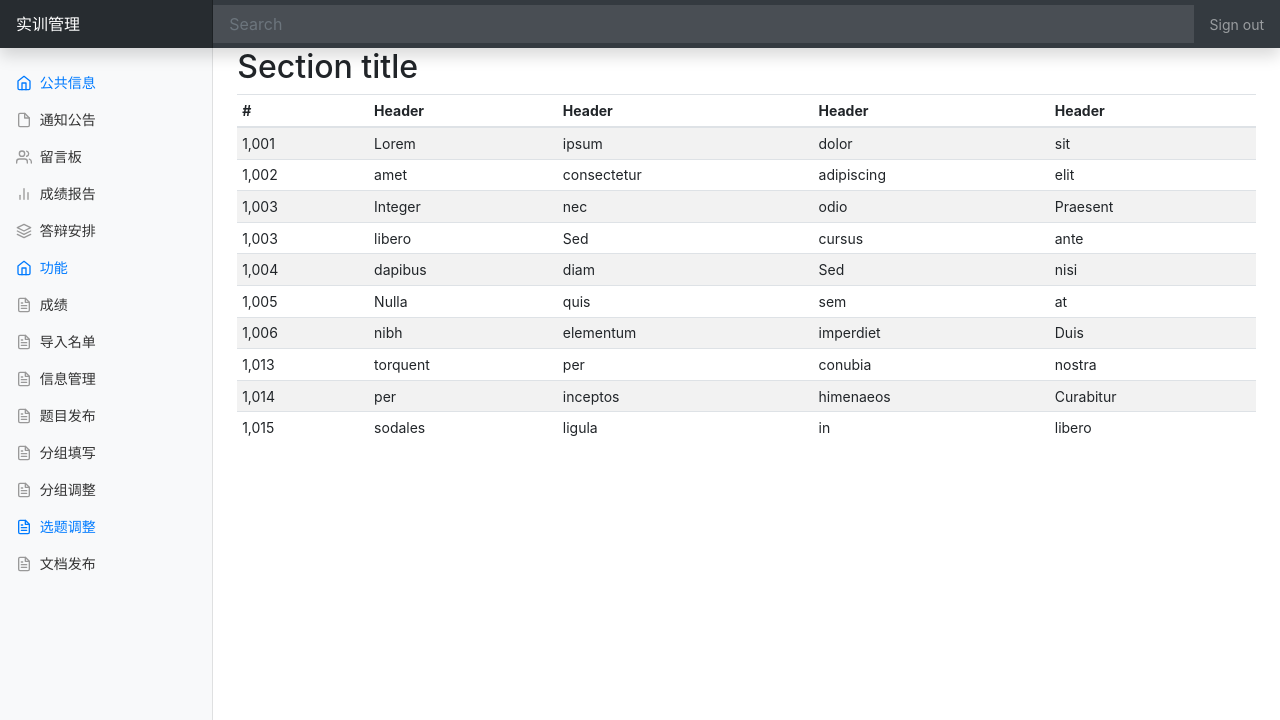
Repository: Kong-T/Practical-training
Page: Administrator/html/index_topic_admin.html
These files come from the project's save history. The page is drawn as it stood at one moment and after the next save; the edit follows.
The browser window is 1280 px wide. The pictures show the whole page.
The page's requests for data from a server got no answer. Some web libraries are served in a nearby version.

Above is the page before, as saved 2020-12-14 11:04:50.
Console error: TypeError: Cannot read properties of null (reading 'length')

### Administrator/html/index_topic_admin.html
<!doctype html>
<html lang="en">

<head>
  <meta charset="utf-8">
  <meta name="viewport" content="width=device-width, initial-scale=1, shrink-to-fit=no">
  <meta name="description" content="">
  <meta name="author" content="Mark Otto, Jacob Thornton, and Bootstrap contributors">
  <meta name="generator" content="Jekyll v4.0.1">
  <title>Dashboard Template · Bootstrap</title>

  <link rel="canonical" href="https://getbootstrap.com/docs/4.5/examples/dashboard/">

  <!-- Bootstrap core CSS -->
  <link href="../../assets4.5/dist/css/bootstrap.css" rel="stylesheet">

  <style>
    .bd-placeholder-img {
      font-size: 1.125rem;
      text-anchor: middle;
      -webkit-user-select: none;
      -moz-user-select: none;
      -ms-user-select: none;
      user-select: none;
    }

    @media (min-width: 768px) {
      .bd-placeholder-img-lg {
        font-size: 3.5rem;
      }
    }
  </style>

  <!-- Custom styles for this template -->
  <link href="../css/dashboard.css" rel="stylesheet">
</head>

<body>
  <nav class="navbar navbar-dark sticky-top bg-dark flex-md-nowrap p-0 shadow">
    <a class="navbar-brand col-md-3 col-lg-2 mr-0 px-3" href="#">实训管理</a>
    <button class="navbar-toggler position-absolute d-md-none collapsed" type="button" data-toggle="collapse"
      data-target="#sidebarMenu" aria-controls="sidebarMenu" aria-expanded="false" aria-label="Toggle navigation">
      <span class="navbar-toggler-icon"></span>
    </button>
    <input class="form-control form-control-dark w-100" type="text" placeholder="Search" aria-label="Search">
    <ul class="navbar-nav px-3">
      <li class="nav-item text-nowrap">
        <a class="nav-link" href="#">Sign out</a>
      </li>
    </ul>
  </nav>


  <div class="container-fluid">
    <div class="row">
      <nav id="sidebarMenu" class="col-md-3 col-lg-2 d-md-block bg-light sidebar collapse">
        <div class="sidebar-sticky pt-3">
          <ul class="nav flex-column">
            <li class="nav-item">
              <a class="nav-link active" href="#">
                <span data-feather="home"></span>
                公共信息 <span class="sr-only">(current)</span>
              </a>
            </li>
            <li class="nav-item">
              <a class="nav-link" href="#">
                <span data-feather="file"></span>
                通知公告
              </a>
            </li>

            <li class="nav-item">
              <a class="nav-link" href="#">
                <span data-feather="users"></span>
                留言板
              </a>
            </li>
            <li class="nav-item">
              <a class="nav-link" href="#">
                <span data-feather="bar-chart-2"></span>
                成绩报告
              </a>
            </li>
            <li class="nav-item">
              <a class="nav-link" href="#">
                <span data-feather="layers"></span>
                答辩安排
              </a>
            </li>
          </ul>

          <a class="nav-link active" href="#">
            <span data-feather="home"></span>
            功能 <span class="sr-only">(current)</span>
          </a>
          <!-- <h6 class="sidebar-heading d-flex justify-content-between align-items-center px-3 mt-4 mb-1 text-muted">
          <span>功能</span> -->
          <!-- <a class="d-flex align-items-center text-muted" href="#" aria-label="Add a new report">
            <span data-feather="plus-circle"></span>
          </a> -->
          </h6>
          <ul class="nav flex-column mb-2">
            <li class="nav-item">
              <a class="nav-link" href="#">
                <span data-feather="file-text"></span>
                成绩
              </a>
            </li>
            <li class="nav-item">
              <a class="nav-link" href="#">
                <span data-feather="file-text"></span>
                导入名单
              </a>
            </li>
            <li class="nav-item">
              <a class="nav-link" href="#">
                <span data-feather="file-text"></span>
                信息管理
              </a>
            </li>
            <li class="nav-item">
              <a class="nav-link" href="#">
                <span data-feather="file-text"></span>
                题目发布
              </a>
            </li>
            <li class="nav-item">
              <a class="nav-link" href="#">
                <span data-feather="file-text"></span>
                分组填写
              </a>
            </li>
            <li class="nav-item">
              <a class="nav-link" href="#">
                <span data-feather="file-text"></span>
                分组调整
              </a>
            </li>
            <li class="nav-item">
              <a class="nav-link active" href="#">
                <span data-feather="file-text"></span>
                选题调整
              </a>
            </li>
            <li class="nav-item">
              <a class="nav-link" href="#">
                <span data-feather="file-text"></span>
                文档发布
              </a>
            </li>
          </ul>
        </div>
      </nav>

      <main role="main" class="col-md-9 ml-sm-auto col-lg-10 px-md-4">


        <h2>Section title</h2>
        <div class="table-responsive">
          <table class="table table-striped table-sm" id="tbody1">
            <thead>
              <tr>
                <th>#</th>
                <th>Header</th>
                <th>Header</th>
                <th>Header</th>
                <th>Header</th>
              </tr>
            </thead>
            <tbody>
              <tr>
                <td>1,001</td>
                <td>Lorem</td>
                <td>ipsum</td>
                <td>dolor</td>
                <td>sit</td>
              </tr>
              <tr>
                <td>1,002</td>
                <td>amet</td>
                <td>consectetur</td>
                <td>adipiscing</td>
                <td>elit</td>
              </tr>
              <tr>
                <td>1,003</td>
                <td>Integer</td>
                <td>nec</td>
                <td>odio</td>
                <td>Praesent</td>
              </tr>
              <tr>
                <td>1,003</td>
                <td>libero</td>
                <td>Sed</td>
                <td>cursus</td>
                <td>ante</td>
              </tr>
              <tr>
                <td>1,004</td>
                <td>dapibus</td>
                <td>diam</td>
                <td>Sed</td>
                <td>nisi</td>
              </tr>
              <tr>
                <td>1,005</td>
                <td>Nulla</td>
                <td>quis</td>
                <td>sem</td>
                <td>at</td>
              </tr>
              <tr>
                <td>1,006</td>
                <td>nibh</td>
                <td>elementum</td>
                <td>imperdiet</td>
                <td>Duis</td>
              </tr>

              <tr>
                <td>1,013</td>
                <td>torquent</td>
                <td>per</td>
                <td>conubia</td>
                <td>nostra</td>
              </tr>
              <tr>
                <td>1,014</td>
                <td>per</td>
                <td>inceptos</td>
                <td>himenaeos</td>
                <td>Curabitur</td>
              </tr>
              <tr>
                <td>1,015</td>
                <td>sodales</td>
                <td>ligula</td>
                <td>in</td>
                <td>libero</td>
              </tr>
            </tbody>
          </table>
        </div>
      </main>
    </div>
  </div>
  <script src="https://cdn.bootcdn.net/ajax/libs/jquery/3.5.1/jquery.js"></script>
  <script src="https://code.jquery.com/jquery-3.5.1.slim.min.js"
    integrity="sha384-DfXdz2htPH0lsSSs5nCTpuj/zy4C+OGpamoFVy38MVBnE+IbbVYUew+OrCXaRkfj"
    crossorigin="anonymous"></script>
  <script>window.jQuery || document.write('<script src="../../assets4.5/js/vendor/jquery.slim.min.js"><\/script>')</script>
  <script src="../../assets4.5/dist/js/bootstrap.bundle.js"></script>
  <script src="https://cdnjs.cloudflare.com/ajax/libs/feather-icons/4.9.0/feather.min.js"></script>
  <script src="https://cdnjs.cloudflare.com/ajax/libs/Chart.js/2.7.3/Chart.min.js"></script>

  <script src="../js/dashboard.js"></script>

  <script type="text/javascript">
    var jq = jQuery.noConflict();

    window.onload = function () {
      // 请求后端数据
      $.ajax({
        url: "http://localhost:8080/Ad_topic",
        type: "post",
        data: name,
        success: function (data) {
          showData(data);//我们仅做数据展示
        },
        error: function (msg) {
          alert("ajax连接异常：" + msg);
          console.log("error");
        }
      })

      // 展示数据
      function showData(data) {
        var str = "<thead ><tr><th>编号</th><th>题目名称</th><th>选题简介</th><th>提交者</th><th>是否审核通过</th></tr></thead>";//定义用于拼接的字符串
        // console.log(data);
        for (var i = 0; i < data.Topic_title.length; i++) {

          console.log(data.Topic_title);

          j = i * 1 + 1;
          var Topic_titleID = " Topic_title" + i;
          var Topic_detailsID = "Topic_details" + i;
          var TutorID = "Tutor" + i;
          var denyID = "deny" + i;
          str += "<tr><td>" + j + "</td><td id=\"" + Topic_titleID + "\">" + data.Topic_title[i] + "</td><td id=\"" + Topic_detailsID + "\">" + data.Topic_details[i] + "</td><td id=\"" + TutorID + "\">" + data.Tutor[i] + "</td><td><input type=\"checkbox\">是<input type =\"checkbox\" name=\"deny\" id=\"" + denyID + "\"onclick = \"delete_topic()\"" + "\"style = \"margin-left: 10px;\">否</td></tr>"
          console.log(str);

        }
        $("#tbody1").html(str);
      }


      var Topic_title = new Array();//声明一个放title的数组
      var btns = document.getElementsByTagName("button");//获取所有btn对象

      //管理员操作
      //设置不能同时选择是和否
      $(function () {
        $('table').on('click', 'input', function () {
          // console.log($('this').html);
          console.log("ta")
          var now = this;
          $('input').each(function (i, e) {
            if (now !== e) {
              $(e).attr('checked', false);
              // console.log(this)
            }
          })
        });
      })
    }

  </script>

  <script>

    var deny_now = "";
    function delete_topic(e) {
      console.log("ttt")
      // deny_now = "";//获取当前被点击的否的id
      $(document).click(function (e) {
        deny_now = e.target.id;
        console.log("函数内" + deny_now);
        // return deny_now;
      });
      console.log("获取当前id" + deny_now);
      console.log(deny_now.substring(deny_now.length - 1, deny_now.length))//获取当前被点击的否的编号
      var titleID = " Topic_title" + deny_now.substr(deny_now.length - 1, 1)
      var detailsID = "Topic_details" + deny_now.substr(deny_now.length - 1, 1)
      // console.log(titleID, detailsID)
      var titleValue = document.getElementById(titleID).innerText //获取topic_title单元格的值
      console.log(titleValue)
      Topic_title.push(titleValue);//把title放进数组里
      console.log(Topic_title)
    }
    //向后台传输title
    function submit() {
      $.ajax({
        type: "POST",
        url: "http://localhost:8080/Ad_topic_1",
        data: JSON.stringify(titleValue), //将JSON对象转为字符串
        dataType: "JSON",
        contentType: "application/json",
        async: 'true',
        beforeSend: function (XMLHttpRequest, settings) {
          //ShowLoading();
          // console.log($.ajax.data);
        },
        success: function () {
          alert("success");
        },
        error: function () {
          //请求出错处理
          console.log("error");
        },
      })
    }
  </script>

</body>

</html>

### Administrator/css/dashboard.css
body {
  font-size: .875rem;
}

.feather {
  width: 16px;
  height: 16px;
  vertical-align: text-bottom;
}

/*
 * Sidebar
 */

.sidebar {
  position: fixed;
  top: 0;
  bottom: 0;
  left: 0;
  z-index: 100; /* Behind the navbar */
  padding: 48px 0 0; /* Height of navbar */
  box-shadow: inset -1px 0 0 rgba(0, 0, 0, .1);
}

@media (max-width: 767.98px) {
  .sidebar {
    top: 5rem;
  }
}

.sidebar-sticky {
  position: relative;
  top: 0;
  height: calc(100vh - 48px);
  padding-top: .5rem;
  overflow-x: hidden;
  overflow-y: auto; /* Scrollable contents if viewport is shorter than content. */
}

@supports ((position: -webkit-sticky) or (position: sticky)) {
  .sidebar-sticky {
    position: -webkit-sticky;
    position: sticky;
  }
}

.sidebar .nav-link {
  font-weight: 500;
  color: #333;
}

.sidebar .nav-link .feather {
  margin-right: 4px;
  color: #999;
}

.sidebar .nav-link.active {
  color: #007bff;
}

.sidebar .nav-link:hover .feather,
.sidebar .nav-link.active .feather {
  color: inherit;
}

.sidebar-heading {
  font-size: .75rem;
  text-transform: uppercase;
}

/*
 * Navbar
 */

.navbar-brand {
  padding-top: .75rem;
  padding-bottom: .75rem;
  font-size: 1rem;
  background-color: rgba(0, 0, 0, .25);
  box-shadow: inset -1px 0 0 rgba(0, 0, 0, .25);
}

.navbar .navbar-toggler {
  top: .25rem;
  right: 1rem;
}

.navbar .form-control {
  padding: .75rem 1rem;
  border-width: 0;
  border-radius: 0;
}

.form-control-dark {
  color: #fff;
  background-color: rgba(255, 255, 255, .1);
  border-color: rgba(255, 255, 255, .1);
}

.form-control-dark:focus {
  border-color: transparent;
  box-shadow: 0 0 0 3px rgba(255, 255, 255, .25);
}

### Administrator/js/dashboard.js
/* globals Chart:false, feather:false */

(function () {
  'use strict'

  feather.replace()

  // Graphs
  var ctx = document.getElementById('myChart')
  // eslint-disable-next-line no-unused-vars
  var myChart = new Chart(ctx, {
    type: 'line',
    data: {
      labels: [
        'Sunday',
        'Monday',
        'Tuesday',
        'Wednesday',
        'Thursday',
        'Friday',
        'Saturday'
      ],
      datasets: [{
        data: [
          15339,
          21345,
          18483,
          24003,
          23489,
          24092,
          12034
        ],
        lineTension: 0,
        backgroundColor: 'transparent',
        borderColor: '#007bff',
        borderWidth: 4,
        pointBackgroundColor: '#007bff'
      }]
    },
    options: {
      scales: {
        yAxes: [{
          ticks: {
            beginAtZero: false
          }
        }]
      },
      legend: {
        display: false
      }
    }
  })
}())

Loaded but not shown: assets4.5/dist/css/bootstrap.css (library); assets4.5/dist/js/bootstrap.bundle.js (library)

After the next save:
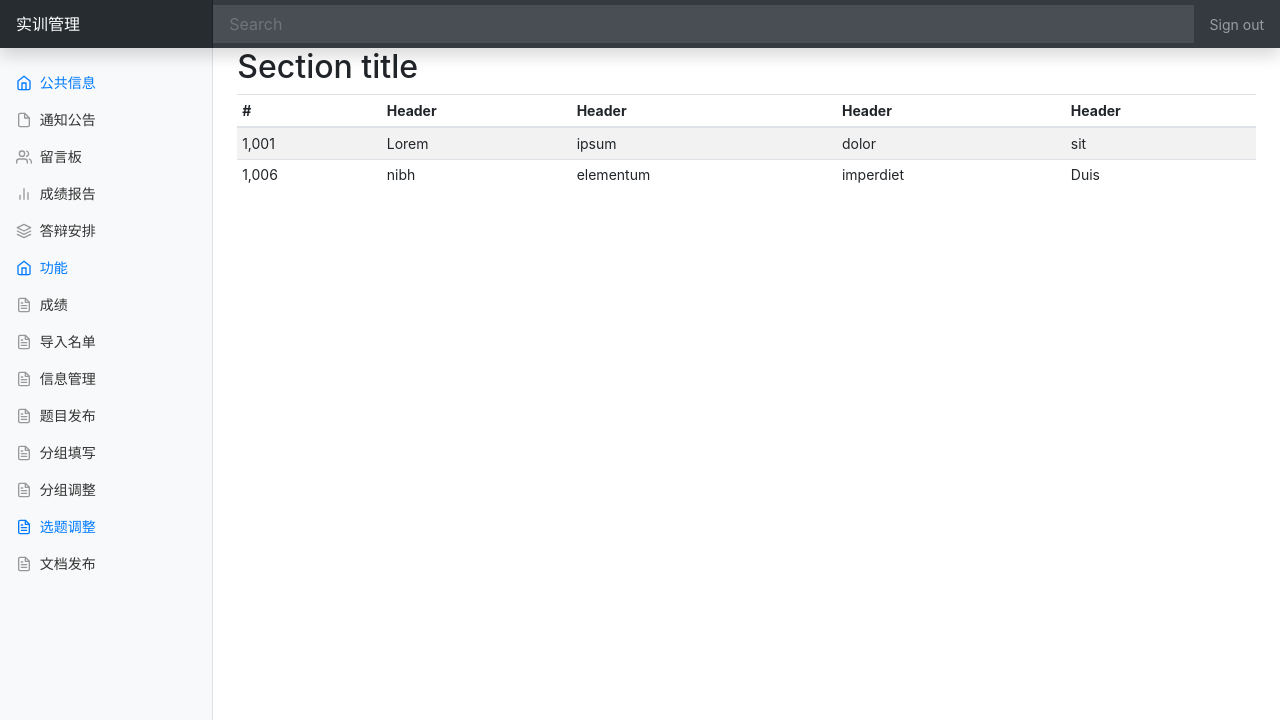
Saved 59 s later.
--- a/Administrator/html/index_topic_admin.html
+++ b/Administrator/html/index_topic_admin.html
@@ -176,41 +176,6 @@
                 <td>sit</td>
               </tr>
               <tr>
-                <td>1,002</td>
-                <td>amet</td>
-                <td>consectetur</td>
-                <td>adipiscing</td>
-                <td>elit</td>
-              </tr>
-              <tr>
-                <td>1,003</td>
-                <td>Integer</td>
-                <td>nec</td>
-                <td>odio</td>
-                <td>Praesent</td>
-              </tr>
-              <tr>
-                <td>1,003</td>
-                <td>libero</td>
-                <td>Sed</td>
-                <td>cursus</td>
-                <td>ante</td>
-              </tr>
-              <tr>
-                <td>1,004</td>
-                <td>dapibus</td>
-                <td>diam</td>
-                <td>Sed</td>
-                <td>nisi</td>
-              </tr>
-              <tr>
-                <td>1,005</td>
-                <td>Nulla</td>
-                <td>quis</td>
-                <td>sem</td>
-                <td>at</td>
-              </tr>
-              <tr>
                 <td>1,006</td>
                 <td>nibh</td>
                 <td>elementum</td>
@@ -218,27 +183,7 @@
                 <td>Duis</td>
               </tr>
 
-              <tr>
-                <td>1,013</td>
-                <td>torquent</td>
-                <td>per</td>
-                <td>conubia</td>
-                <td>nostra</td>
-              </tr>
-              <tr>
-                <td>1,014</td>
-                <td>per</td>
-                <td>inceptos</td>
-                <td>himenaeos</td>
-                <td>Curabitur</td>
-              </tr>
-              <tr>
-                <td>1,015</td>
-                <td>sodales</td>
-                <td>ligula</td>
-                <td>in</td>
-                <td>libero</td>
-              </tr>
+
             </tbody>
           </table>
         </div>
